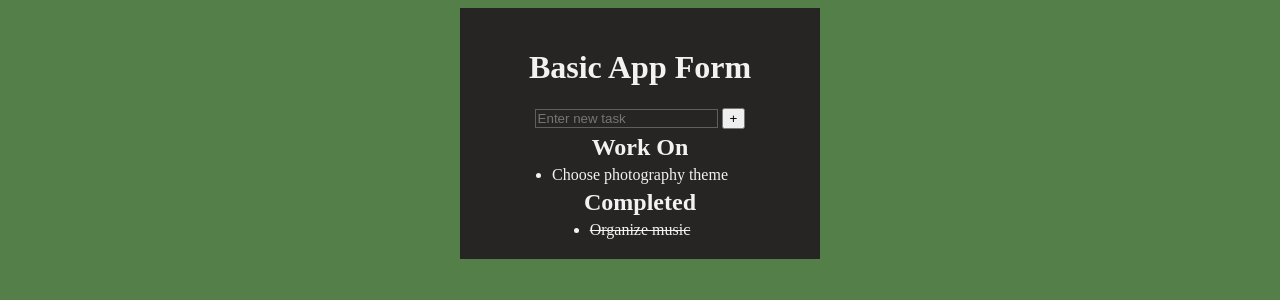
Repository: Kayla-amr/dgm_3760
Page: todoTemplate-W2/index.html
The author's editor kept a copy of each file at every save. The page is drawn from the files as they stood at one save, then again after the next save.
The browser window is 1280 px wide. The pictures show the whole page.

Above is the page before, as saved 2022-10-17 17:26:43.

After the next save:
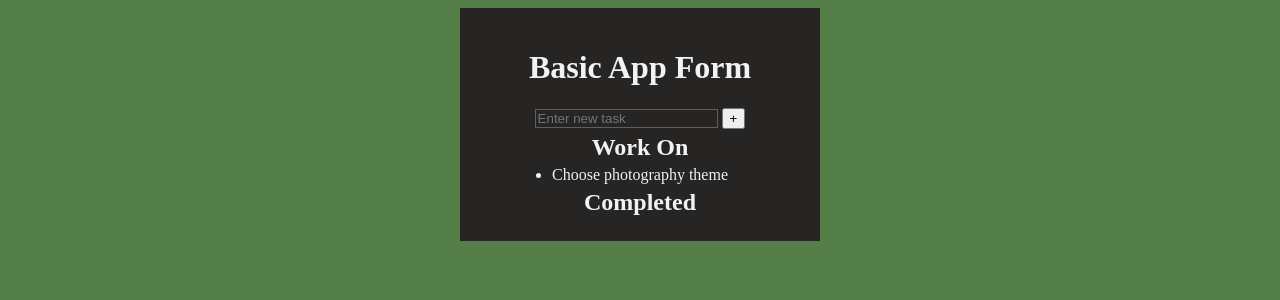
Saved 2 min 0 s later.
--- a/todoTemplate-W2/index.js
+++ b/todoTemplate-W2/index.js
@@ -29,9 +29,6 @@ function displayTodos(todos) {
 	todos.forEach(function(myTask) {
     if (myTask.status != true) {
       todoTaskUl.innerHTML += `<li data-todoId='${myTask.id}'> ${myTask.name} </li>`;
-    } else {
-      completedTaskUL.style.textDecoration = 'line-through'
-      completedTaskUL.innerHTML += `<li data-todoId='${myTask.id}'> ${myTask.name} </li>`;
     }
 
 	});
